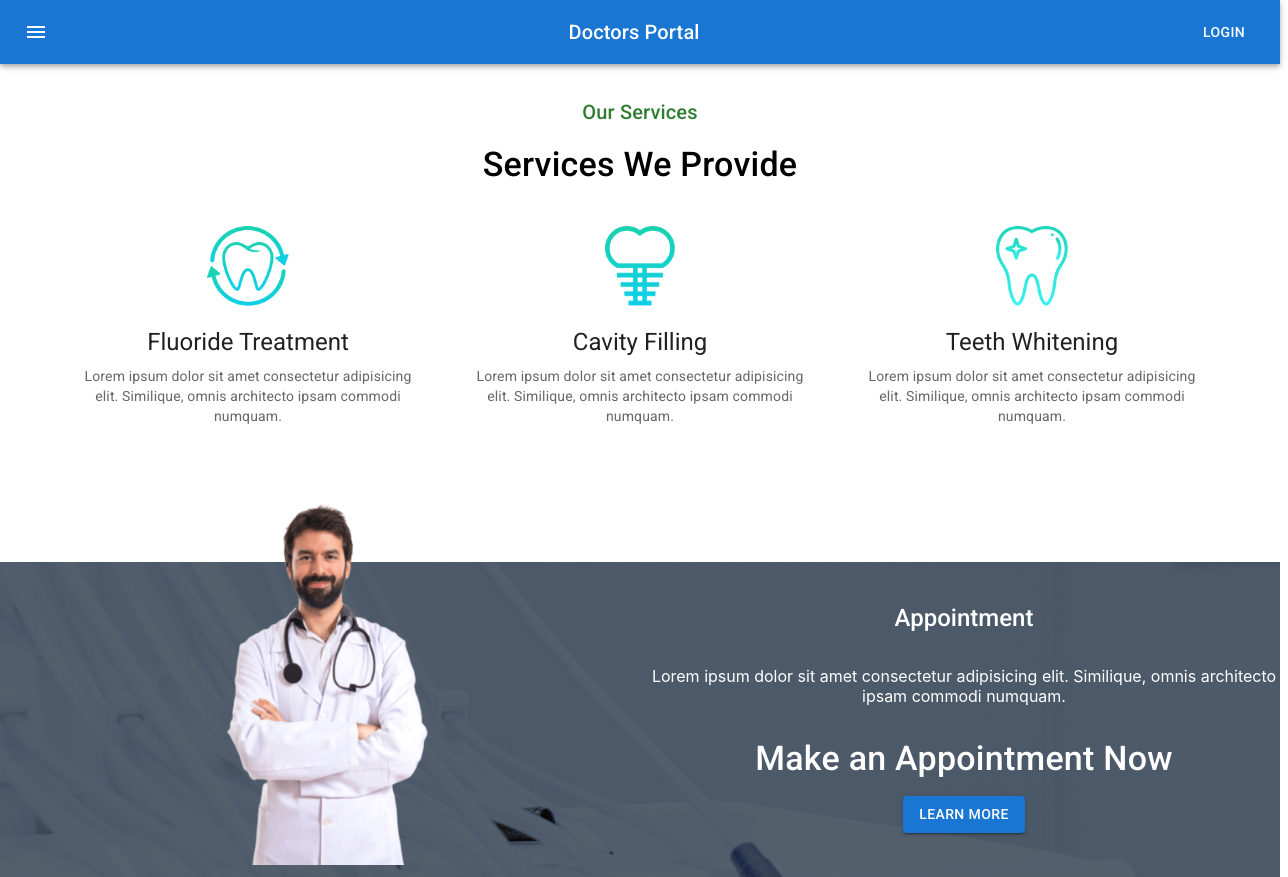
Repository: Sharif-00112/doctors-portal-client
Page: /
These files come from the project's save history. The page is drawn as it stood at one moment and after the next save; the edit follows.
The browser window is 1280 px wide. The page is 1288 px wide, so the pictures cover 1288 px, including what lies to the right of the window. The pictures show the whole page.
The project was rebuilt for these pictures with package versions that can differ from the ones it lists, and the page was loaded fresh each time.

Above is the page before, as saved 2022-11-01 14:03:36.

### public/index.html
<!DOCTYPE html>
<html lang="en">
  <head>
    <meta charset="utf-8" />
    <link rel="icon" href="%PUBLIC_URL%/favicon.ico" />
    <meta name="viewport" content="width=device-width, initial-scale=1" />
    <meta name="theme-color" content="#000000" />
    <meta
      name="description"
      content="Web site created using create-react-app"
    />
    <link
      rel="stylesheet" href="https://fonts.googleapis.com/css?family=Roboto:300,400,500,700&display=swap"
    />

    <link rel="apple-touch-icon" href="%PUBLIC_URL%/logo192.png" />
    <!--
      manifest.json provides metadata used when your web app is installed on a
      user's mobile device or desktop. See https://developers.google.com/web/fundamentals/web-app-manifest/
    -->
    <link rel="manifest" href="%PUBLIC_URL%/manifest.json" />
    <!--
      Notice the use of %PUBLIC_URL% in the tags above.
      It will be replaced with the URL of the `public` folder during the build.
      Only files inside the `public` folder can be referenced from the HTML.

      Unlike "/favicon.ico" or "favicon.ico", "%PUBLIC_URL%/favicon.ico" will
      work correctly both with client-side routing and a non-root public URL.
      Learn how to configure a non-root public URL by running `npm run build`.
    -->
    <title>React App</title>
  </head>
  <body>
    <noscript>You need to enable JavaScript to run this app.</noscript>
    <div id="root"></div>
    <!--
      This HTML file is a template.
      If you open it directly in the browser, you will see an empty page.

      You can add webfonts, meta tags, or analytics to this file.
      The build step will place the bundled scripts into the <body> tag.

      To begin the development, run `npm start` or `yarn start`.
      To create a production bundle, use `npm run build` or `yarn build`.
    -->
  </body>
</html>

### src/App.js
import './App.css';
import { BrowserRouter as Router, Route, Routes} from 'react-router-dom';
import Home from './Pages/Home/Home/Home';

function App() {
  return (
    <div className="App">
      <Router>
        {/* <Header></Header> */}
        <Routes>
          <Route exact path = '/' element={<Home/>}/>
          <Route exact path = '/home' element={<Home/>}/>
          <Route exact path = '*' element={<Home/>}/>
        </Routes>
        {/* <Footer></Footer> */}
      </Router>
    </div>
  );
}

export default App;

### src/Pages/Home/Home/Home.js
import React from 'react';
import Navigation from '../../Shared/Navigation/Navigation';
import AppointmentBanner from '../AppointmentBanner/AppointmentBanner';
import Services from '../Services/Services';

const Home = () => {
    return (
        <div>
            {/* <h2>This is Home</h2> */}
            <Navigation></Navigation>
            <Services></Services>
            <AppointmentBanner></AppointmentBanner>
        </div>
    );
};

export default Home;

### src/Pages/Shared/Navigation/Navigation.js
import React from 'react';
import AppBar from '@mui/material/AppBar';
import Box from '@mui/material/Box';
import Toolbar from '@mui/material/Toolbar';
import Typography from '@mui/material/Typography';
import Button from '@mui/material/Button';
import IconButton from '@mui/material/IconButton';
import MenuIcon from '@mui/icons-material/Menu';

const Navigation = () => {
    return (
        <div>
            <Box sx={{ flexGrow: 1 }}>
                <AppBar position="static">
                    <Toolbar>
                        <IconButton
                            size="large"
                            edge="start"
                            color="inherit"
                            aria-label="menu"
                            sx={{ mr: 2 }}
                        >
                            <MenuIcon />
                        </IconButton>
                        <Typography variant="h6" component="div" sx={{ flexGrow: 1 }}>
                            Doctors Portal
                        </Typography>
                        <Button color="inherit">Login</Button>
                    </Toolbar>
                </AppBar>
            </Box>
        </div>
    );
};

export default Navigation;

### src/Pages/Home/AppointmentBanner/AppointmentBanner.js
import React from 'react';
import Box from '@mui/material/Box';
import Grid from '@mui/material/Unstable_Grid2';
import Typography from '@mui/material/Typography';

import doctor from '../../../images/images/doctor.png'
import bg from '../../../images/images/appointment-bg.png'
import { Button } from '@mui/material';

const appointmentBanner = {
    background: `url(${bg})`,
    marginTop: 100,
    backgroundColor: 'rgba(45, 58, 74, 0.8)',
    backgroundBlendMode: 'darken, luminosity'
}

const AppointmentBanner = () => {
    return (
        <div>
            {/* <h2>Appointment Banner</h2> */}
            <Box style={appointmentBanner} sx={{ flexGrow: 1 }}>
                <Grid container spacing={2}>
                    <Grid xs={12} md={6}>
                        <img
                           style={{width: 400, marginTop: '-105px' }}
                        src={doctor} alt="" />
                    </Grid>

                    <Grid xs={12} md={6}>
                        <Typography sx={{ mb: 2, mt: 4, fontWeight: 500 }} style={{color: 'white'}} variant="h5" component="div">
                            Appointment
                        </Typography>
                        <Typography sx={{ mb: 2, mt: 4 }} style={{color: 'white'}} variant="" component="div">
                            Lorem ipsum dolor sit amet consectetur adipisicing elit. Similique, omnis architecto ipsam commodi numquam.
                        </Typography>
                        <Typography sx={{ mb: 2, mt: 4, fontWeight: 500 }} style={{color: 'white'}} variant="h4" component="div">
                            Make an Appointment Now
                        </Typography>
                        <Button variant="contained">Learn More</Button>
                    </Grid>
                </Grid>
            </Box>
        </div>
    );
};

export default AppointmentBanner;

### src/Pages/Home/Services/Services.js
import React from 'react';
import Box from '@mui/material/Box';
import Grid from '@mui/material/Unstable_Grid2';
import Typography from '@mui/material/Typography';
import { Container } from '@mui/material';
import Service from '../Service/Service';

import fluoride from '../../../images/images/fluoride.png';
import cavity from '../../../images/images/cavity.png'
import whitening from '../../../images/images/whitening.png'

const services = [
    {
        name: 'Fluoride Treatment',
        description: 'Lorem ipsum dolor sit amet consectetur adipisicing elit. Similique, omnis architecto ipsam commodi numquam.',
        img: fluoride
    },
    {
        name: 'Cavity Filling',
        description: 'Lorem ipsum dolor sit amet consectetur adipisicing elit. Similique, omnis architecto ipsam commodi numquam.',
        img: cavity
    },
    {
        name: 'Teeth Whitening',
        description: 'Lorem ipsum dolor sit amet consectetur adipisicing elit. Similique, omnis architecto ipsam commodi numquam.',
        img: whitening
    }
]

const Services = () => {
    return (
        <div>
            <Box sx={{ flexGrow: 1 }}>
                <Container>
                    <Typography sx={{ mb: 2, mt: 4, fontWeight: 500, color: 'success.main' }} variant="h6" component="div">
                        Our Services
                    </Typography>
                    <Typography sx={{ mb: 3, fontWeight: 500 }} variant="h4" component="div">
                        Services We Provide
                    </Typography>

                    <Grid container spacing={{ xs: 2, md: 3 }} columns={{ xs: 4, sm: 8, md: 12 }}>
                        {
                            services.map(service => (
                                <Grid xs={2} sm={4} md={4} key={service.name}>
                                <Service
                                    key = {service.name}
                                    service = {service}
                                ></Service>
                            </Grid>
                            ))
                        }
                    </Grid>
                </Container>
            </Box>
        </div>
    );
};

export default Services;

### src/Pages/Home/Service/Service.js
import React from 'react';
import Card from '@mui/material/Card';
// import CardActions from '@mui/material/CardActions';
import CardContent from '@mui/material/CardContent';
// import Button from '@mui/material/Button';
import Typography from '@mui/material/Typography';
import CardMedia from '@mui/material/CardMedia';

const Service = (props) => {
    const {name, description, img} = props.service
    return (
        <div>
            <Card sx={{ minWidth: 275, border: 0, boxShadow: 0, mt: 1.5 }}>
                <CardMedia
                    component="img"
                    style={{width: 'auto', height: '80px', margin: '4px auto'}}
                    image={img}
                    alt={name}
                />
                <CardContent>
                    <Typography sx={{ mb: 1 }} variant="h5" component="div">
                        {name}
                    </Typography>
                    <Typography sx={{ mb: 1.5 }} variant="body2" color="text.secondary">
                        {description}
                    </Typography>
                </CardContent>
                {/* <CardActions>
                    <Button size="small">Learn More</Button>
                </CardActions> */}
            </Card>
        </div>
    );
};

export default Service;

Loaded but not shown: src/index.js (common file); src/index.css (common file); src/reportWebVitals.js (common file); src/App.css (common file)

After the next save:
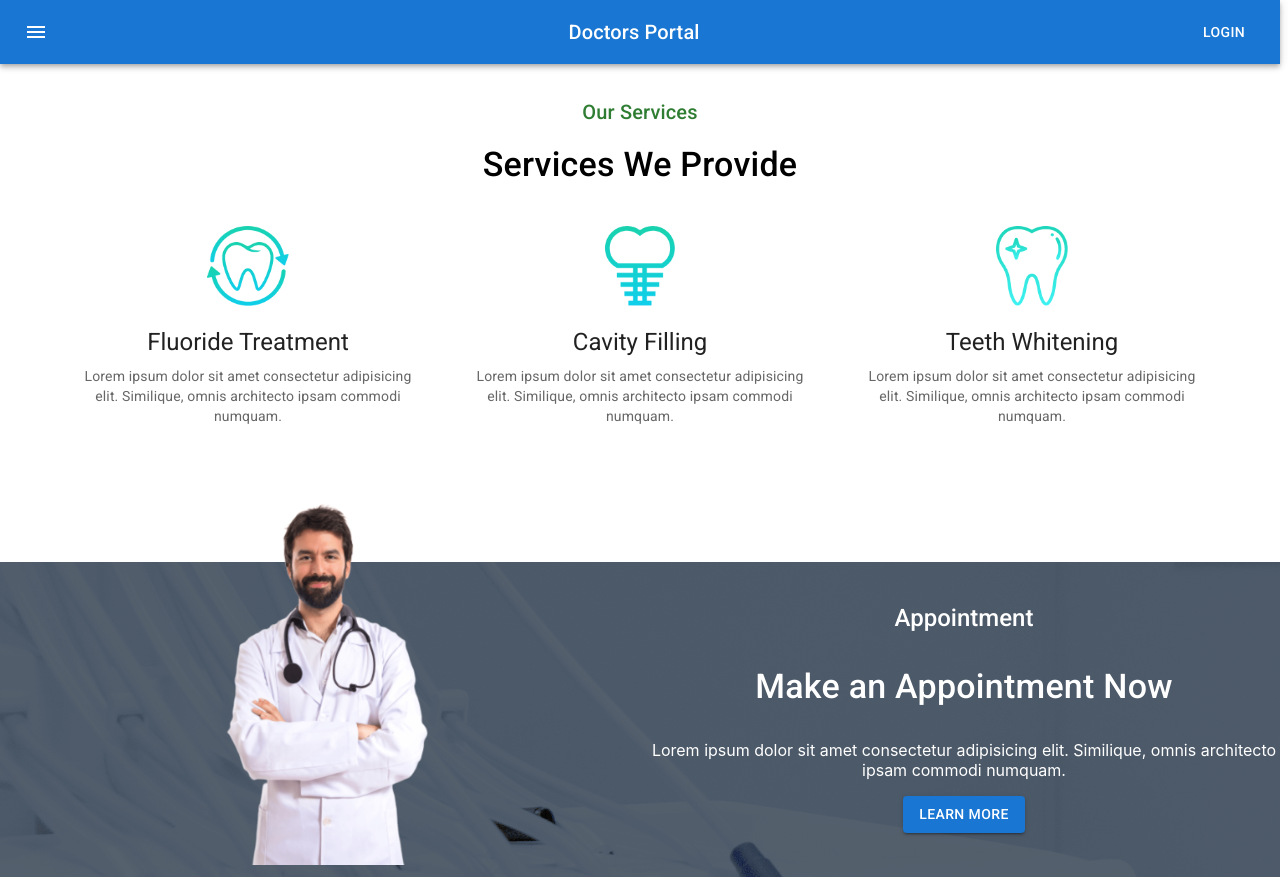
Saved 61 s later.
--- a/src/Pages/Home/AppointmentBanner/AppointmentBanner.js
+++ b/src/Pages/Home/AppointmentBanner/AppointmentBanner.js
@@ -30,11 +30,11 @@ const AppointmentBanner = () => {
                         <Typography sx={{ mb: 2, mt: 4, fontWeight: 500 }} style={{color: 'white'}} variant="h5" component="div">
                             Appointment
                         </Typography>
+                        <Typography sx={{ mb: 2, mt: 4, fontWeight: 500 }} style={{color: 'white'}} variant="h4" component="div">
+                            Make an Appointment Now
+                        </Typography>
                         <Typography sx={{ mb: 2, mt: 4 }} style={{color: 'white'}} variant="" component="div">
                             Lorem ipsum dolor sit amet consectetur adipisicing elit. Similique, omnis architecto ipsam commodi numquam.
-                        </Typography>
-                        <Typography sx={{ mb: 2, mt: 4, fontWeight: 500 }} style={{color: 'white'}} variant="h4" component="div">
-                            Make an Appointment Now
                         </Typography>
                         <Button variant="contained">Learn More</Button>
                     </Grid>
